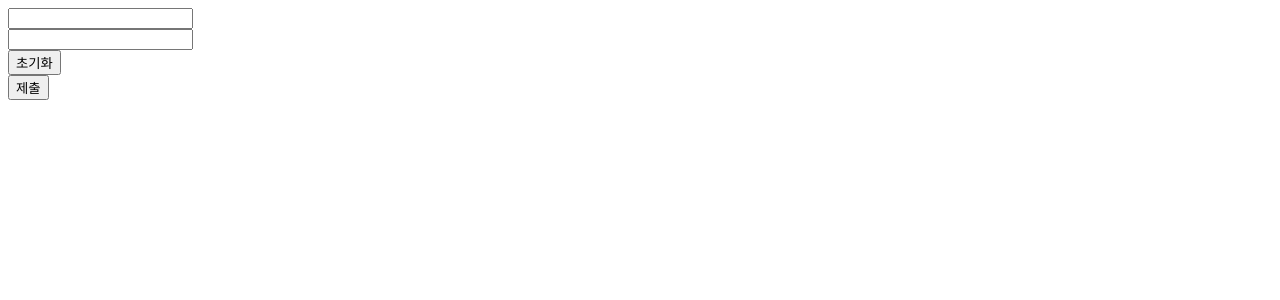
Repository: jjjjjjji-hun/jsp_practice
Page: http://localhost/JSPBasic/jspObject/1.requests/req_param_send.jsp
These files come from the project's save history. The page is drawn as it stood at one moment and after the next save; the edit follows.
The browser window is 1280 px wide. The pictures show the whole page.
The page is served by Tomcat 9.

Above is the page before, as saved 2022-02-03 05:23:14.

After the next save:
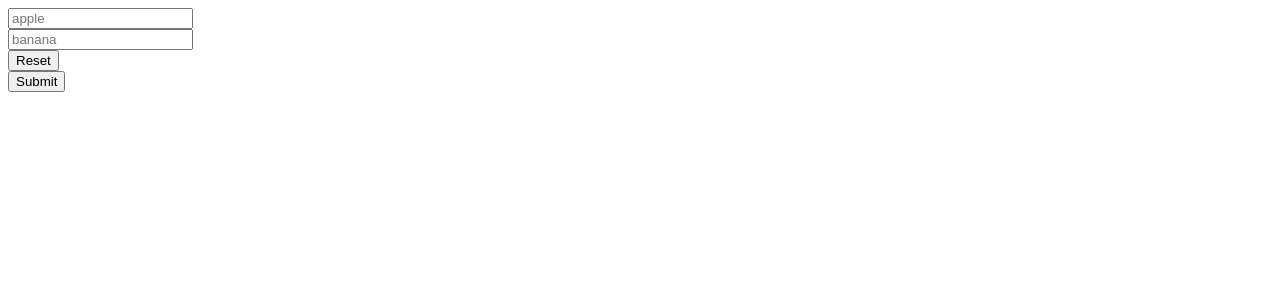
Saved 9 min 30 s later.
--- a/JSPBasic/src/main/webapp/jspObject/1.requests/req_param_send.jsp
+++ b/JSPBasic/src/main/webapp/jspObject/1.requests/req_param_send.jsp
@@ -10,12 +10,15 @@
 <%--아래에 form을 만들고 내부에 input 4개를 만들어주세요.
 input태그의 type속성은 하나는 text, 하나는 password
 name 속성은 하나는 apple, 하나는 banana로 해 주세요.
-reset 버튼과 submit 버튼도 각각 하나씩 만들어주세요. --%>
-<form>
-<input type="text" name="apple"><br/>
-<input type="password" name="banana"><br/>
-<input type="reset" value="초기화"><br/>
-<input type="submit" value="제출">
-</form>
+reset 버튼과 submit 버튼도 각각 하나씩 만들어주세요.
+
+form의 action이 바로 목적지를 적는 부분임
+웹개발에서는 받을 페이지 회면의 주소를 적어줍니다. --%>
+	<form action="" method="get">
+	<input type="text" name="apple" placeholder="apple"/><br/>
+	<input type="password" name="banana" placeholder="banana"/><br/>
+	<input type="reset" /><br/>
+	<input type="submit" />
+	</form>
 </body>
 </html>
